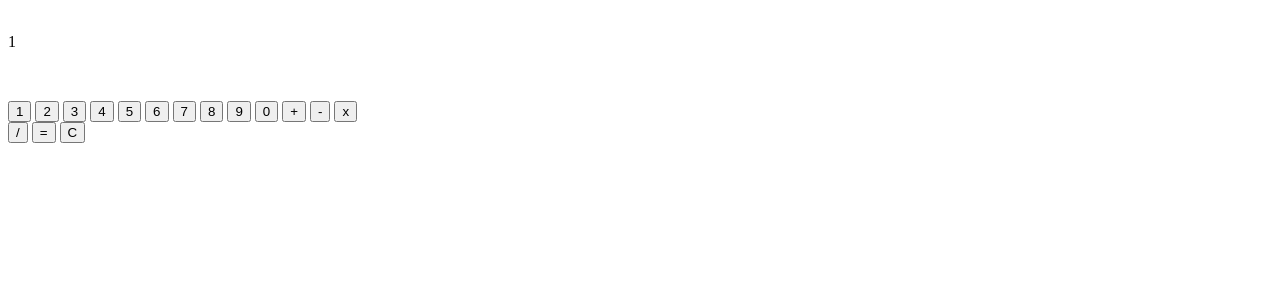
Repository: TEazy2433/LAB-calculator
Page: index.html
An editor plug-in stored every save of this project. The page is shown before and after the next save, followed by the edit.
The browser window is 1280 px wide. The pictures show the whole page.

Above is the page before, as saved 2023-10-13 17:21:06.

### index.html
<!DOCTYPE html>
<html lang="en">
<head>
  <meta charset="UTF-8">
  <meta name="viewport" content="width=device-width, initial-scale=1.0">
  <title>calculator</title>
  <link rel="stylesheet" href="main.css">
</head>
<body>

  <div class="container">
    <div class="display">1</div>
    <div class="buttons">
      <button class="key">1</button>
      <button class="key">2</button>
      <button class="key">3</button>
      <button class="key">4</button>
      <button class="key">5</button>
      <button class="key">6</button>
      <button class="key">7</button>
      <button class="key">8</button>
      <button class="key">9</button>
      <button class="key">0</button>
      <button class="operator">+</button>
      <button class="operator">-</button>
      <button class="operator">x</button>
      <button class="operator">/</button>
      <button class="equals">=</button>
      <button class="clear">C</button>



    </div>
  </div>


</body>
</html>

### main.css
.container{
  height: 10rem;
  display: grid;
  justify-content: center;
  align-items: center;
  max-inline-size: 22rem;
}
.display{

}
.key{

}
.operator{

}
.equals{

}

After the next save:
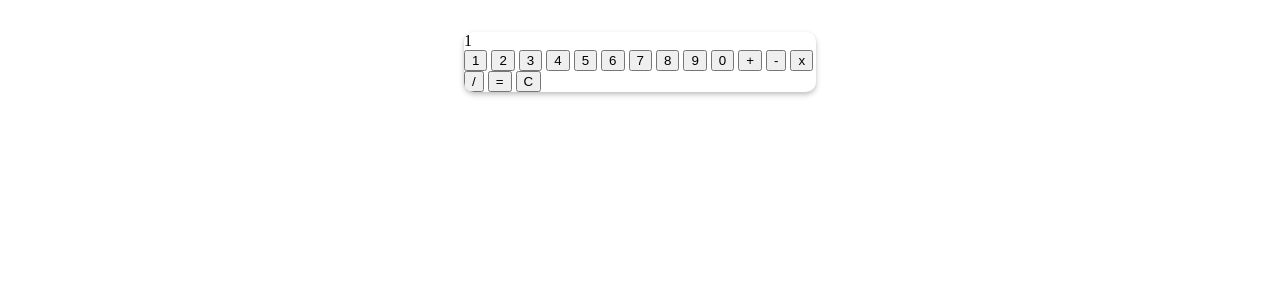
Saved 48 s later.
--- a/main.css
+++ b/main.css
@@ -1,9 +1,11 @@
 .container{
-  height: 10rem;
-  display: grid;
-  justify-content: center;
-  align-items: center;
+  border-radius: 10px;
+  box-shadow: 0px 3px 6px 0px rgba(0, 0, 0, 0.15), 0px 2px 4px 0px rgba(0, 0, 0, 0.12);
+  margin-inline-start: auto;
+  margin-inline-end: auto;
+  margin-block-start: 2em;
   max-inline-size: 22rem;
+  overflow: hidden;
 }
 .display{
 
